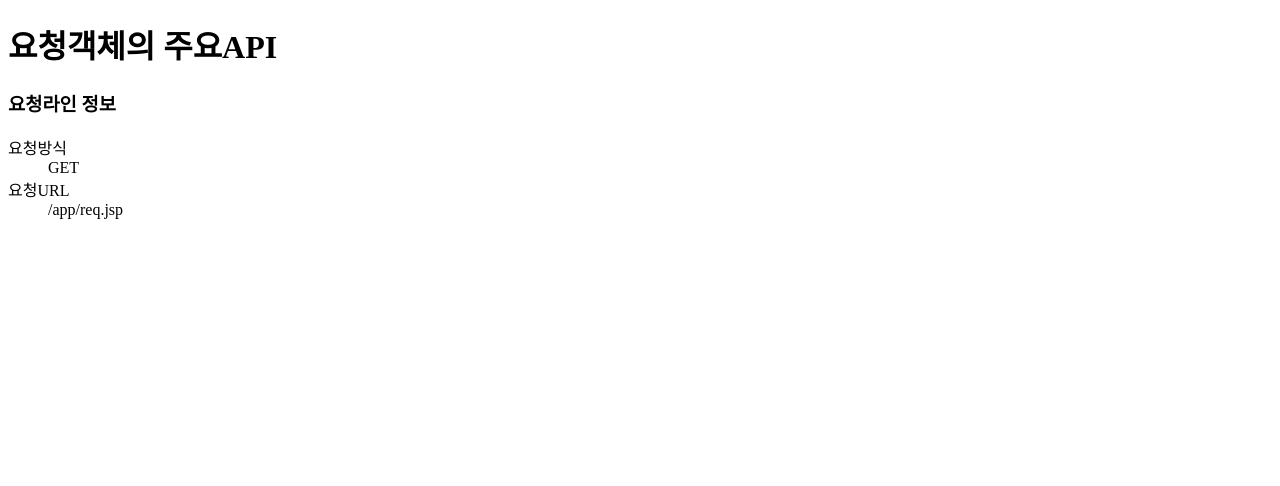
Repository: qwer1227/Jsp_study
Page: http://localhost/app/req.jsp
These files come from the project's save history. The page is drawn as it stood at one moment and after the next save; the edit follows.
The browser window is 1280 px wide. The pictures show the whole page.
The page is served by Tomcat 9.

Above is the page before, as saved 2024-08-06 08:32:31.

### app/src/main/webapp/req.jsp
<%@ page language="java" contentType="text/html; charset=EUC-KR"
    pageEncoding="EUC-KR"%>
<!DOCTYPE html>
<html>
<head>
<meta charset="EUC-KR">
<title>Insert title here</title>
</head>
<body>
<h1>요청객체의 주요API</h1>
<%
	//요청방식 조회하기
	String method = request.getMethod();
	//요청URL 조회하기
	String requestURI = request.getRequestURI();

	//요청헤더 정보 조회
	String accept = request.getHeader("Accept");
	String acceptEncoding = request.getHeader("Accept-Encoding");
	String acceptLaguage = request.getHeader("Accept-Language");
	String userAgent = request.getHeader("User-Agent");
%>
	<h3>요청라인 정보</h3>
	<dl>
		<dt>요청방식</dt><dd><%=method %></dd>
		<dt>요청URL</dt><dd><%=requestURI %></dd>
	</dl>
</body>
</html>

After the next save:
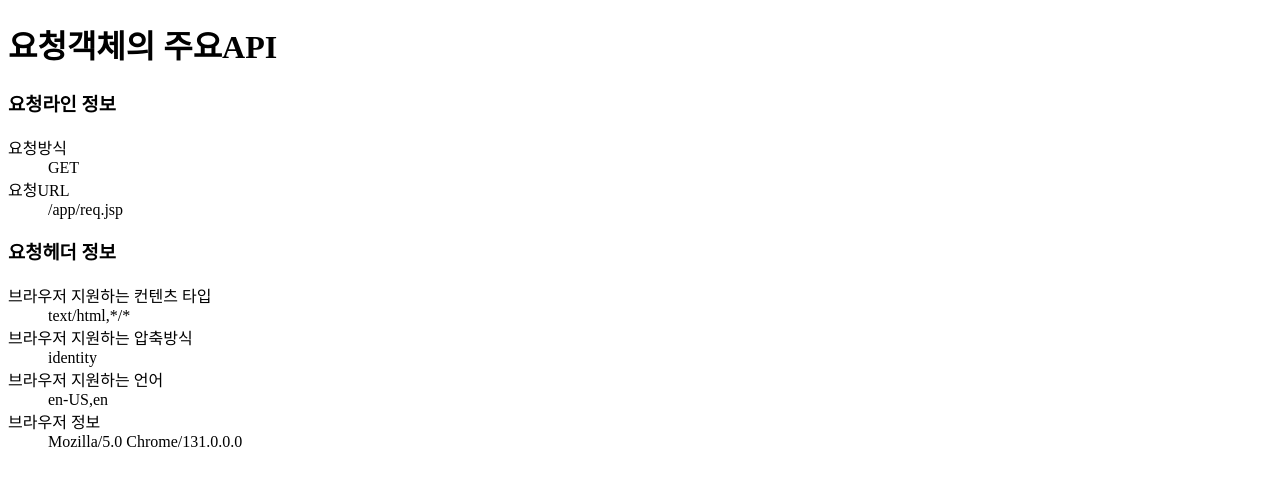
Saved 2 min 16 s later.
--- a/app/src/main/webapp/req.jsp
+++ b/app/src/main/webapp/req.jsp
@@ -25,5 +25,13 @@
 		<dt>요청방식</dt><dd><%=method %></dd>
 		<dt>요청URL</dt><dd><%=requestURI %></dd>
 	</dl>
+
+	<h3>요청헤더 정보</h3>
+	<dl>
+		<dt>브라우저 지원하는 컨텐츠 타입</dt><dd><%=accept %></dd>
+		<dt>브라우저 지원하는 압축방식</dt><dd><%=acceptEncoding %></dd>
+		<dt>브라우저 지원하는 언어</dt><dd><%=acceptLaguage %></dd>
+		<dt>브라우저 정보</dt><dd><%=userAgent %></dd>
+	</dl>
 </body>
 </html>
